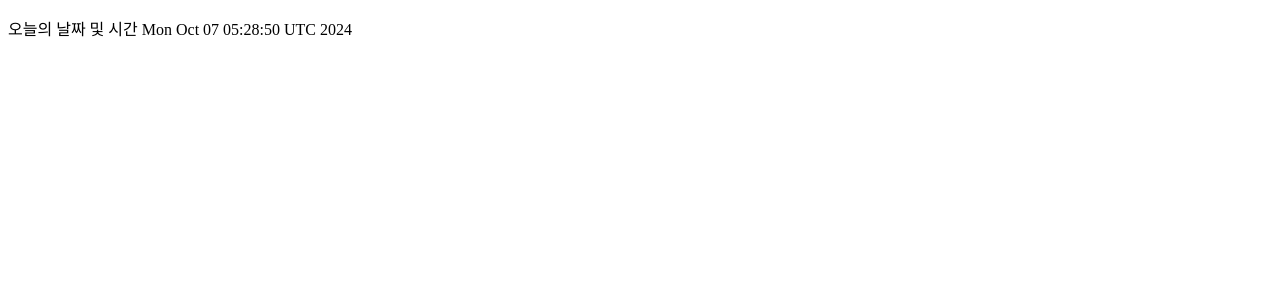
Repository: ezooo/JSP
Page: http://localhost/jspbook/chapter04/usebean01.jsp
An editor plug-in stored every save of this project. The page is shown before and after the next save, followed by the edit.
The browser window is 1280 px wide. The pictures show the whole page.
The page is served by Tomcat 10.

Above is the page before, as saved 2024-10-10 03:34:00.

After the next save:
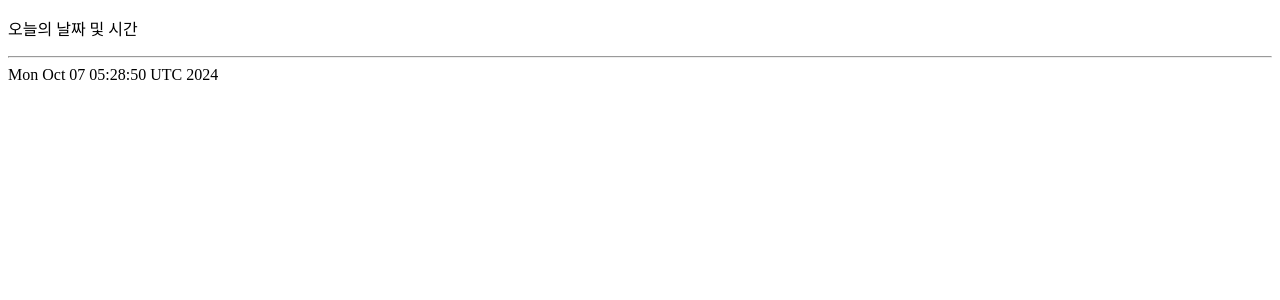
Saved 53 s later.
--- a/jspbook/src/main/webapp/chapter04/usebean01.jsp
+++ b/jspbook/src/main/webapp/chapter04/usebean01.jsp
@@ -10,6 +10,7 @@
 	<jsp:useBean id="date" class="java.util.Date"></jsp:useBean>
 	<p>
 		오늘의 날짜 및 시간
+		<hr></hr>
 		<%=date %>
 	</p>
 </body>
